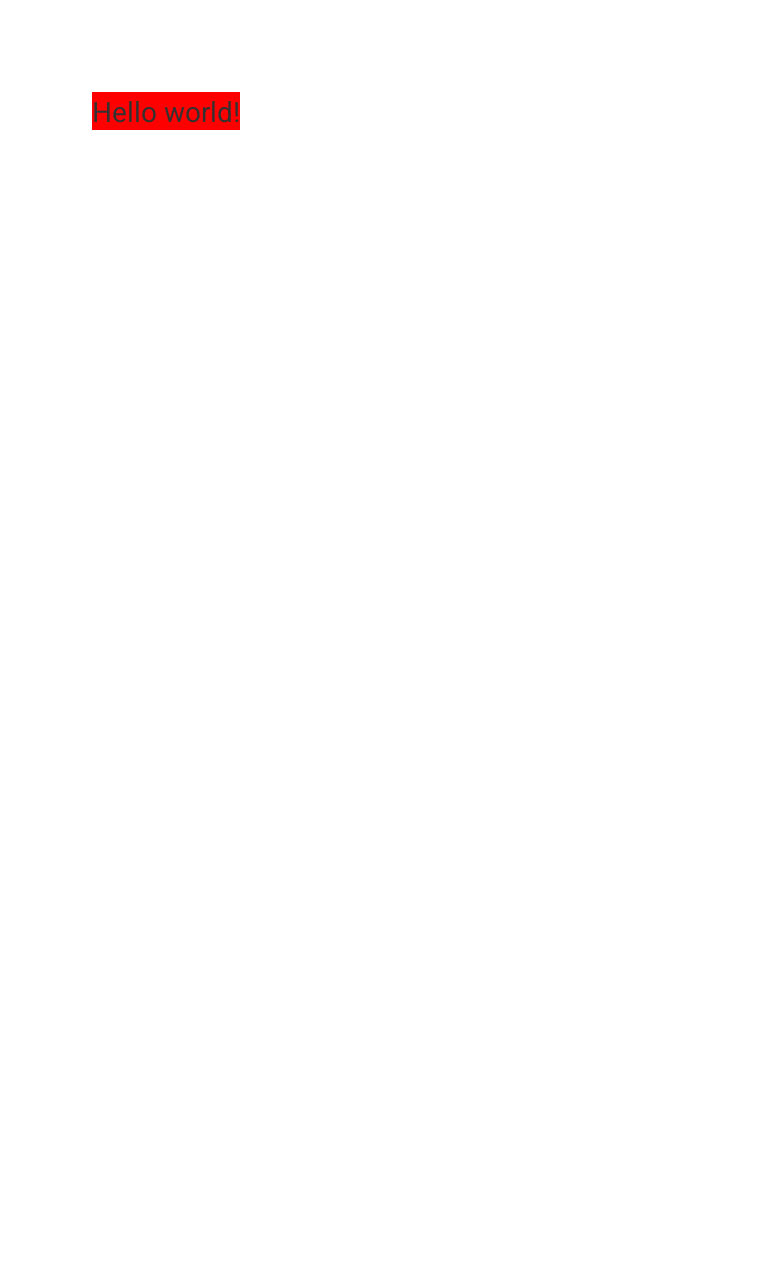
Repository: founderzhl/MarsAndroid
Layout: S01_E08_Margin_Padding/res/layout/activity_main.xml
These files come from the project's save history. The layout is drawn as it stood at one moment and after the next save; the edit follows.
It is drawn on a 768 x 1280 px phone screen (xhdpi) without system bars, with theme AppTheme; the app's code is not run.

Above is the layout before, as saved 2015-01-13 17:20:03.

After the next save:
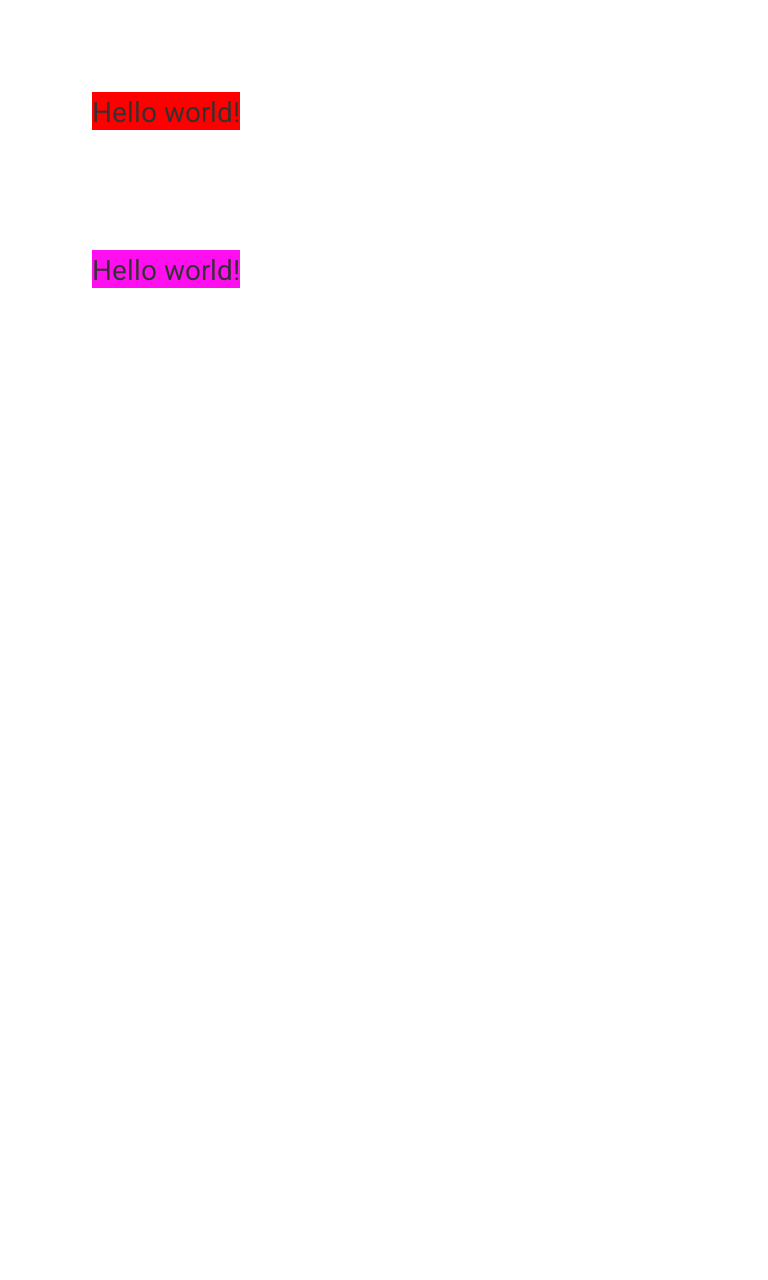
Saved 71 s later.
--- a/S01_E08_Margin_Padding/res/layout/activity_main.xml
+++ b/S01_E08_Margin_Padding/res/layout/activity_main.xml
@@ -16,4 +16,11 @@
         android:layout_margin="30dp"
         android:text="@string/hello_world" />
 
+    <TextView
+        android:layout_width="wrap_content"
+        android:layout_height="wrap_content"
+        android:background="#FF0FF0"
+        android:layout_margin="30dp"
+        android:text="@string/hello_world" />
+
 </LinearLayout>
